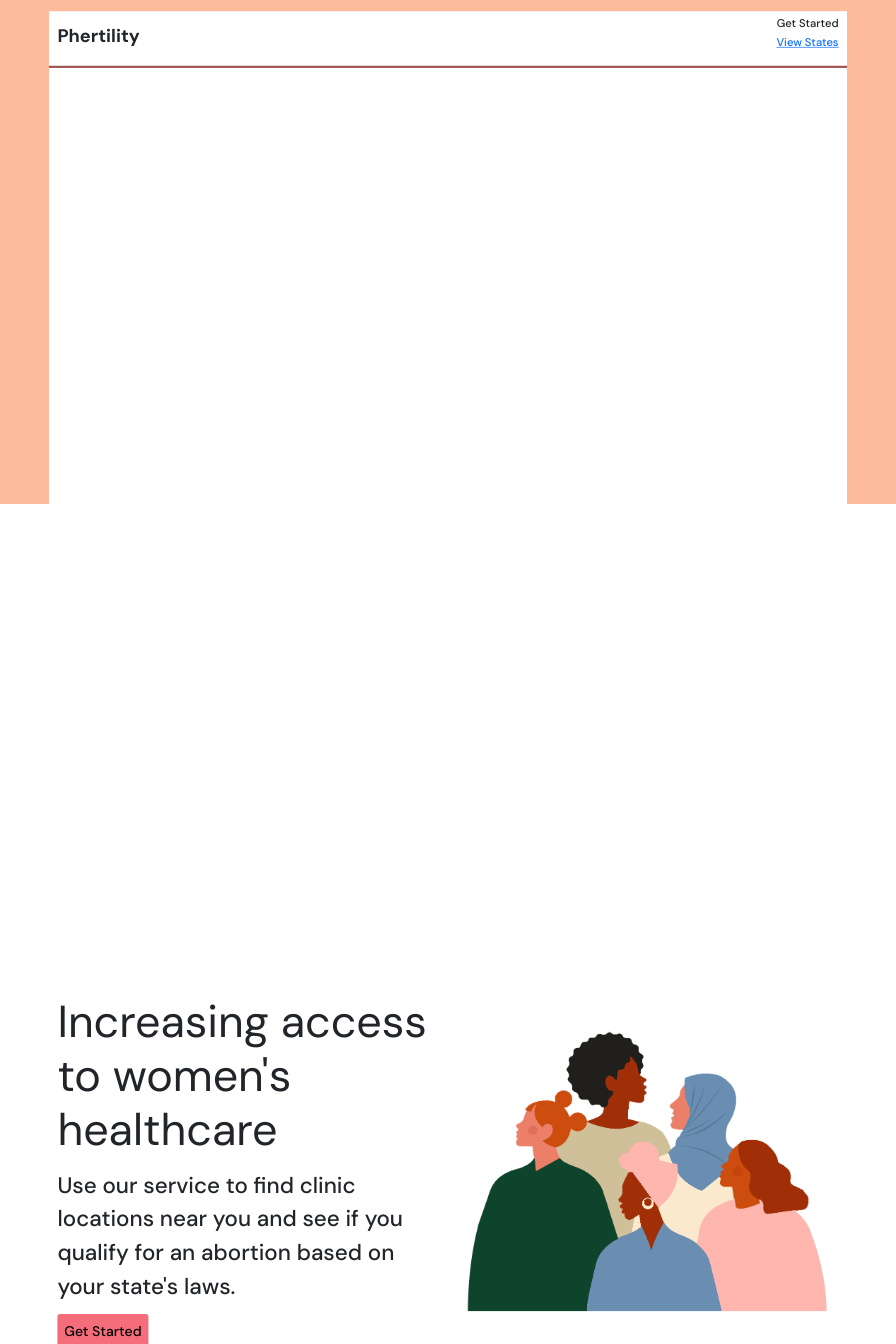
Repository: KaiDubauskas/phertility
Page: / (app in frontend/app/)
These files come from the project's save history. The page is drawn as it stood at one moment and after the next save; the edit follows.
The browser window is 1280 px wide. The pictures show the part of the page from y = 0 to 1920 px (the page is 3233 px tall), at 70% of full size.
The project was rebuilt for these pictures with package versions that can differ from the ones it lists, and the page was loaded fresh each time. Also part of the build but not shown: frontend/app/src/CurrentLocation.js, frontend/app/src/Map.js, frontend/app/src/components/database.js, frontend/app/src/states.css, frontend/app/src/components/states.js.

Above is the page before, as saved 2022-10-22 23:15:37.

### frontend/app/public/index.html
<!DOCTYPE html>
<html lang="en">
  <head>
    <meta charset="utf-8" />

    <meta name="viewport" content="width=device-width, initial-scale=1" />
    <meta name="theme-color" content="#000000" />
    <meta
      name="description"
      content="Web site created using create-react-app"
    />
    <!--
      manifest.json provides metadata used when your web app is installed on a
      user's mobile device or desktop. See https://developers.google.com/web/fundamentals/web-app-manifest/
          <link rel="icon" href="%PUBLIC_URL%/favicon.ico" />
            <link rel="manifest" href="%PUBLIC_URL%/manifest.json" />
    -->

    <!--
      Notice the use of %PUBLIC_URL% in the tags above.
      It will be replaced with the URL of the `public` folder during the build.
      Only files inside the `public` folder can be referenced from the HTML.

      Unlike "/favicon.ico" or "favicon.ico", "%PUBLIC_URL%/favicon.ico" will
      work correctly both with client-side routing and a non-root public URL.
      Learn how to configure a non-root public URL by running `npm run build`.
    -->
    <title>React App</title>
  </head>
  <body>
    <noscript>You need to enable JavaScript to run this app.</noscript>
    <div id="root"></div>
    <!--
      This HTML file is a template.
      If you open it directly in the browser, you will see an empty page.

      You can add webfonts, meta tags, or analytics to this file.
      The build step will place the bundled scripts into the <body> tag.

      To begin the development, run `npm start` or `yarn start`.
      To create a production bundle, use `npm run build` or `yarn build`.
    -->
  </body>
</html>

### frontend/app/src/index.js
import React from 'react';
import ReactDOM from 'react-dom/client';
import './index.css';
import App from './App';
import { BrowserRouter } from "react-router-dom";


const root = ReactDOM.createRoot(document.getElementById('root'));
root.render(
    // <React.StrictMode>
      <BrowserRouter>
        <App />
      </BrowserRouter>
    // </React.StrictMode>
);

### frontend/app/src/App.js
import './App.css';
import Map from './Map';
import { Routes, Route, Link, useRoutes } from 'react-router-dom';
import "bootstrap/dist/css/bootstrap.min.css";
import Homepage from "./components/homepage.js";
import Header from "./components/header.js";
import States from "./components/states.js"

function App() {
  return (
    <div className="App">
      <Header/>
      <Routes>
        <Route path="/" element={<Homepage/>}/>
        <Route path="/map" element={<Map/>}/>
        <Route path="/states" element={<States/>}/>
      </Routes>

    </div>
  );
}

export default App;

### frontend/app/src/App.css
@import url('https://fonts.googleapis.com/css2?family=DM+Sans:wght@400;500;700&display=swap');

* {
  background-color: #fcbc9c;
  font-family: 'DM Sans', sans-serif;
  font-weight: 500;
}

.App {
  height: 100vh;
  background-color: #fcbc9c;
}

.sticky-top {
  position: sticky;
  top: 0;
  z-index: 1020;
}

.brdr {
  border-bottom-style: solid;
  border-bottom-color: rgb(160, 78, 78);
}

.logo-title {
  font-size: 26px;
  font-weight: 700;
}

.jumbot {
  height: calc(100vh + -160px);
}

/* .mapWords{
  height: calc(100vh + -160px);
} */

.btnStart {
  background-color: #f56c7a;
  text-decoration: none;
  font-weight: 450;
  border: none;
  border-radius: 0.2em;
  font-size: 1.25em;
  width: 6.5em;
  height: 48px;
}

.btnStart:hover {
  background-color: #eb4e5d;
}

### frontend/app/src/components/homepage.js
import React, { useState, useEffect } from "react";
import { Routes, Route, Link, useRoutes } from 'react-router-dom';
import '../App.css';
import "bootstrap/dist/css/bootstrap.min.css";
import { WomenHomepage } from '../Images';
// import Map from "./map.js"


const Homepage = () => {
    return (
        <header class="container align-items-center float-xxl-none bg-">
            <div class="row flex-md-row-reverse bg- jumbot align-items-center">
                <div class="col-md-6 px-4">
                    <img src={WomenHomepage} alt="" class="w-100" />
                </div>
                <div class="col-md-6 mt-8 mt-md-0">
                    <h1 class="display-3 mb-3">
                        Increasing access to women's healthcare
                    </h1>
                    <p class="mb-8 fs-2">
                        Use our service to find clinic locations near you and see if you qualify for an abortion based on your state's laws.
                    </p>
                    <Link to={{
                        pathname: `/map`,

                    }}>
                        <button type="button" class="btnStart">Get Started</button>
                    </Link>
                </div>


            </div>

        </header>
    )
}

export default Homepage;

### frontend/app/src/components/header.js
import React, { useState, useEffect } from "react";
import { Routes, Route, Link, useRoutes } from 'react-router-dom';
import "bootstrap/dist/css/bootstrap.min.css";
import '../App.css';


const Header = () => {
    return (
        <nav class="sticky-top py-3 py-lg-7 bg-">
            <div class="d-block">
                <div class="container">
                    <div class="row align-items-center justify-content-between pt-2 pb-3 brdr">
                        <div class="col-5 logo-title">
                            Phertility
                        </div>
                        <div class="col-7 text-end">
                            <h6>Get Started</h6>
                            <Link to={{
                                pathname: `/states`,

                            }}>
                            <h6>View States</h6>
                            </Link>
                        </div>
                    </div>
                </div>
            </div>
        </nav>
    )
}

export default Header;

### frontend/app/src/Map.css
 *{
    background-color: transparent;
}
.mapContainer{
    height: calc(96vh + -130px);
    /* height: 80vh; */
    background-color: transparent;
    margin: 8px 0px 8px 0px;
}
.marker-image{
    text-align: center;
    display: flex;
    background-color: white;
	position: relative;
	cursor: pointer;
	perspective: 800px;
    z-index: 0;
}
.marker-image img {
    height: 55px;
    z-index: 0;
}
.marker-image:hover img {
    z-index: 0;
}
.theImg{
    z-index: 0;

}
.marker-image .details {
	width: 120px;
	height: auto;
	padding: 5px;
	position: fixed;
    align-items: center;
	content: "";
	top: 135px;
	left: 100%;
	transform: translate(-50%, -50%) rotateY(90deg);
	transform-origin: 50%;
	background: rgb(244, 176, 176);
	/* transition: all 0.4s ease-in; */
    z-index: 1;
}
.marker-image:hover .details {
    transform: translate(-50%);
	transform: translate(-50%, -50%) rotateY(0deg);
	opacity: 1;
    z-index: 1;
}

.container{
    position: relative;
    background-color: white;
    padding-bottom: 100%;
    padding-top:0%;
    margin-top: 0%;
    background-color: white;
}
.block {

  background-color: #FFF0F5;
}
/* .loc-name{
    font-size: 10px;
    font-weight: bold;
    font-family: 'Raleway', sans-serif;
    font-family: 'Ubuntu', sans-serif;
}
.loc-add{
    font-size: 10px;
    font-family: 'Raleway', sans-serif;
    font-family: 'Ubuntu', sans-serif;
} */

### frontend/app/src/Images/index.js
export const WomenHomepage = require('./womenpic.png');

Loaded but not shown: frontend/app/src/index.css (common file)

After the next save:
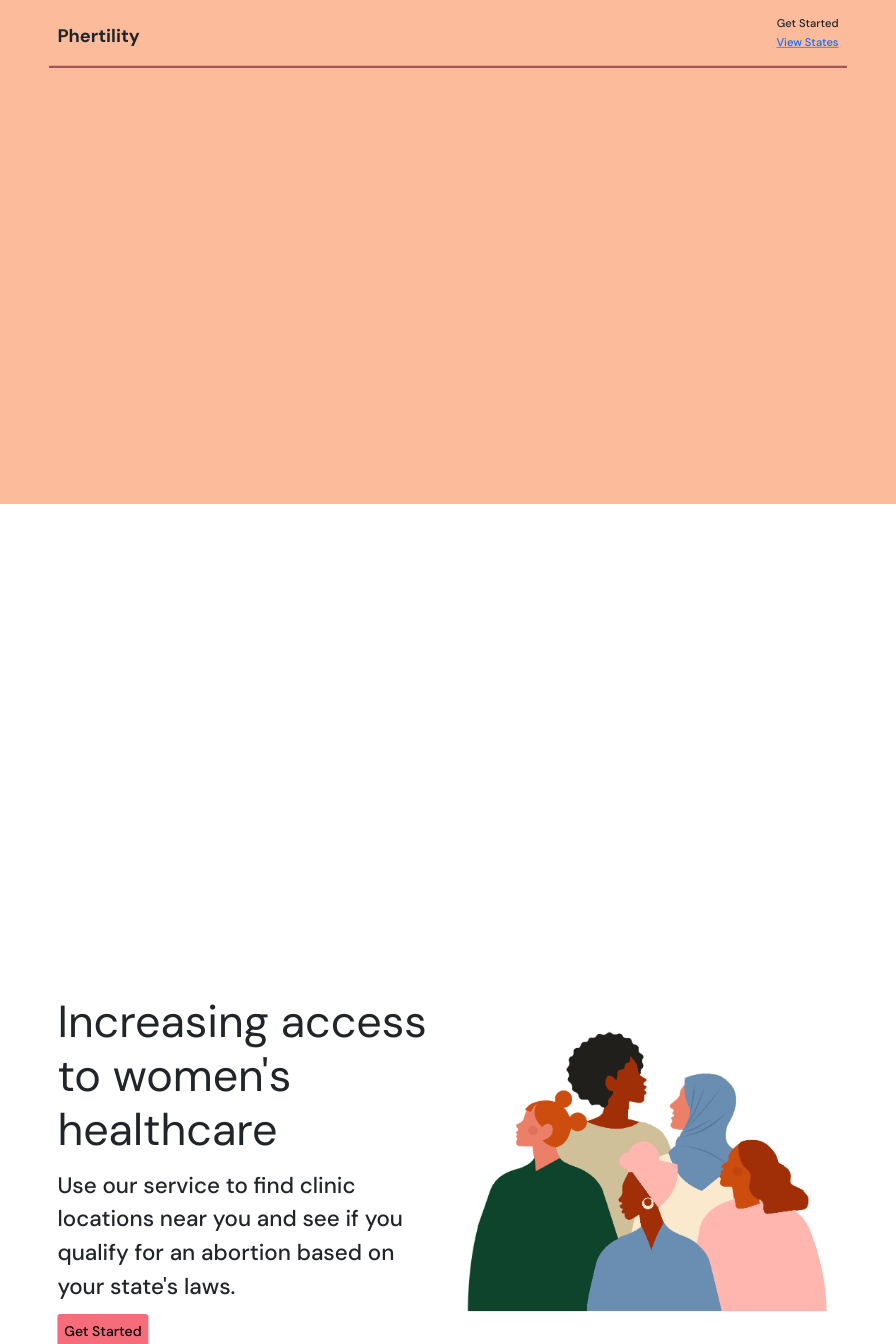
Saved 15 s later.
--- a/frontend/app/src/Map.css
+++ b/frontend/app/src/Map.css
@@ -51,15 +51,15 @@
 
 .container{
     position: relative;
-    background-color: white;
+
     padding-bottom: 100%;
     padding-top:0%;
     margin-top: 0%;
-    background-color: white;
+
 }
 .block {
+  position: absolute;
 
-  background-color: #FFF0F5;
 }
 /* .loc-name{
     font-size: 10px;
